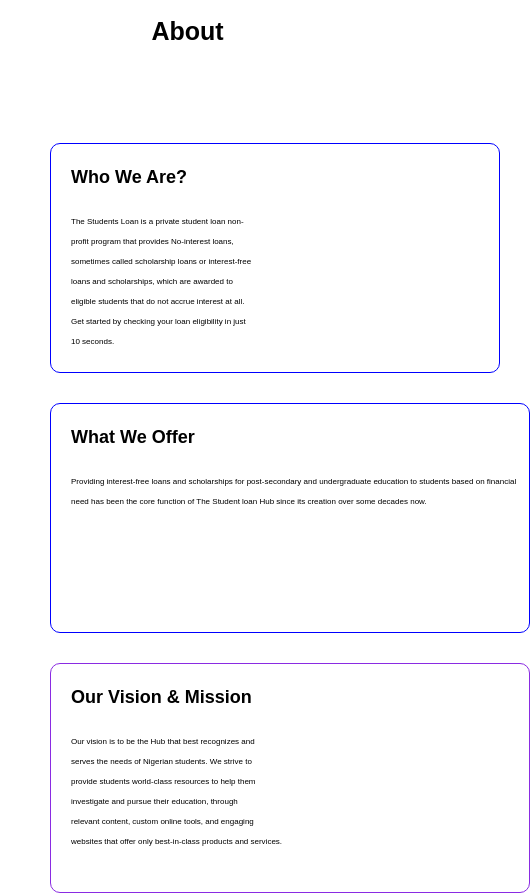
Repository: Tobby004/basic-loanweb
Page: about.html
These files come from the project's save history. The page is drawn as it stood at one moment and after the next save; the edit follows.
The browser window is 375 px wide. The page is 530 px wide, so the pictures cover 530 px, including what lies to the right of the window. The pictures show the whole page.

Above is the page before, as saved 2023-07-06 02:29:16.

### about.html
<!DOCTYPE html>
<html lang="en">
<head>
    <meta charset="UTF-8">
    <meta http-equiv="X-UA-Compatible" content="IE=edge">
    <meta name="viewport" content="width=device-width, initial-scale=1.0">
    <title>About</title>
    <link rel="stylesheet" href="about.css">
</head>
<body>
    <h1>About</h1>
    <div class="container">
    <div class="box-1">
        <h4>Who We Are?</h4>
        <p>The Students Loan is a private student loan non- <br>
            profit program that provides No-interest loans,<br>
             sometimes called scholarship loans or interest-free <br>
             loans and scholarships, which are awarded to <br>eligible students that do not accrue interest at all.<br>
              Get started by checking your loan eligibility in just<br> 10 seconds.</p>
    </div>
    <div class="box-2">
        <h4>What We Offer</h4>
        <p>Providing interest-free loans and scholarships for post-secondary and undergraduate education to students based on financial need has been the core function of The Student loan Hub since its creation over some decades now.</p>
    </div>
    <div class="box-3">
        <h4>Our Vision & Mission</h4>
        <p>Our vision is to be the Hub that best recognizes and <br>
            serves the needs of Nigerian students. We strive to <br>
             provide students world-class resources to help them <br>
             investigate and pursue their education, through <br>
             relevant content, custom online tools, and engaging <br>
             websites that offer only best-in-class products and services.</p>
    </div>
    </div>
</body>
</html>

### about.css
*{
    box-sizing: border-box;
}
body {
    margin: 0;
    background: #ffffff;

}

h1 {
    text-align: center;
    font-size: 25px;
    font-family: sans-serif;
}
.container {
    margin: auto;
    display: flex;
    justify-content: space-between;
    height: 300px;
    width: 1300px;
    background: #ffffff;
    gap: 15px;
}
.box-1{
  margin-top: 30px;
  height: 230px;
  width: 450px;
  background: white;
  border-radius: 10px;
  border:solid 0.5px blue;
}
.box-2{
  margin-top: 30px;
  height: 230px;
  width: 480px;
  background: #ffffff;
  border-radius: 10px;
  border: solid 0.5px blue;
}
.container h4 {
    font-size: 22px;
    margin-left: 20px;
    font-family: sans-serif;
}
.container p {
    margin-left: 20px;
    font-size: 15px;
    font-family: sans-serif;
    line-height: 20px;
}
.box-3{
    height: 230px;
    width: 480px;
     margin-top: 30px;
    background: #ffffff;
    border-radius: 10px;
    border: solid 0.5px blueviolet;
}


@media only screen and (max-width:400px) {
    .container {
        display: inline-block;
        width:80% ;
        margin: 50px;
    }
    box-1{
        margin-top: 10px;
      }
      box-2{
        margin-top: 10px;
      }
      .container h4 {
      font-size: 18px;
      }
      .container p {
      font-size: 8px;
      font-family: sans-serif;
      line-height: 20px;
   }



}

After the next save:
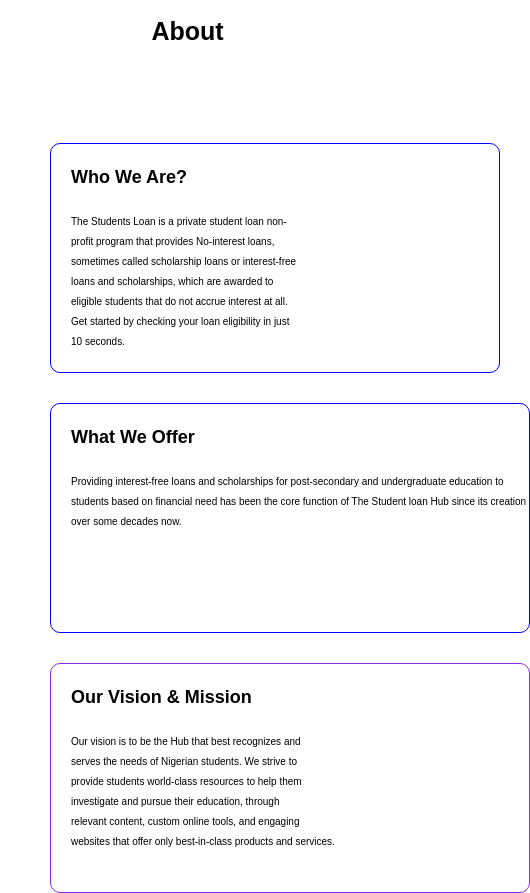
Saved 2 min 48 s later.
--- a/about.css
+++ b/about.css
@@ -74,7 +74,7 @@ h1 {
       font-size: 18px;
       }
       .container p {
-      font-size: 8px;
+      font-size: 10px;
       font-family: sans-serif;
       line-height: 20px;
    }
